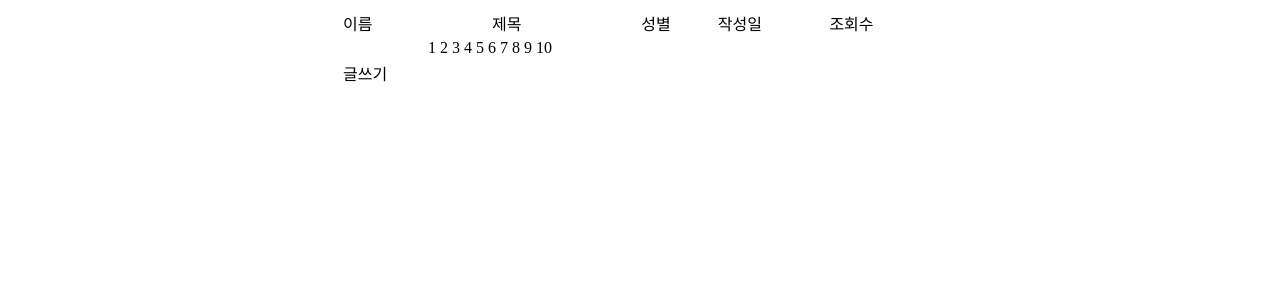
Repository: Billy-Jin/jsp
Page: http://localhost/dat/list.jsp?pager=2
The author's editor kept a copy of each file at every save. The page is drawn from the files as they stood at one save, then again after the next save.
The browser window is 1280 px wide. The pictures show the whole page.
The page is served by Tomcat 9. Queries for data that is not in the repository find no rows.

Above is the page before, as saved 2020-12-02 06:56:52.

### jsp/dat/WebContent/list.jsp
<%@ page language="java" contentType="text/html; charset=UTF-8"
    pageEncoding="UTF-8"%>
<%@ page import="java.sql.*"  %>
<%
	// DB 연결
	Class.forName("com.mysql.jdbc.Driver");
	String db="jdbc:mysql://localhost:3306/pkc";
	String userid="root";
	String pw="1234";
	Connection conn=DriverManager.getConnection(db,userid,pw); // db정보,아이디,비번

	// limit에 들어갈 index번호 생성
	int index; // limit에 전달할 index값
	int pager; // 현재 나타내고자 하는 페이지 값을 저장 //page는 변수명으로 사용 불가
	if(request.getParameter("pager")==null)
	{
		pager=1;
	}
	else
	{
		pager=Integer.parseInt(request.getParameter("pager"));
	}

	// index 만들기
	index=(pager-1)*10;

	// 쿼리생성
	String sql="select * from gesipan order by id desc limit "+index+",10";
	// 심부름꾼 생성
	Statement stmt= conn.createStatement();
	// 쿼리실행 => ResultSet
	ResultSet rs=stmt.executeQuery(sql);

%>

<!DOCTYPE html>
<html>
<head>
<meta charset="UTF-8">
<title>Insert title here</title>
<style>
a{
	text-decoration:none;
	color:black;
}
a:hover{
	text-decoration:underline;
}
</style>
</head>
<body>
	<!-- 레코드 내용 출력 -->
	<table width="600" align="center">
		<tr>
			<td> 이름 </td>
			<td> 제목 </td>
			<td> 성별 </td>
			<td> 작성일 </td>
			<td> 조회수 </td>
		</tr>
		<%
		while(rs.next())
		{
			// 숫자로 된 성별을 문자로 변환
			String sung=null;
			switch(rs.getInt("sung"))
			{
			case 0: sung="남자"; break;
			case 1: sung="여자"; break;
			case 2: sung="선택안함"; break;
			}
		%>
		<tr>
			<td> <%=rs.getString("name") %></td>
			<td> <a href="readnum.jsp?id=<%= rs.getString("id")%>"> <%=rs.getString("title") %> </a> </td>
			<td> <%=sung%></td>
			<td> <%=rs.getString("writeday") %></td>
			<td> <%=rs.getString("readnum") %></td>
		</tr>
		<%
		}
		%>
	     <tr> <!-- 사용자가 클릭하여 이동할수 있는 페이지 출력 -->
      	<td colspan="2" align="center">
	  	 <%
	  	 	int pstart;

	  	 	pstart=pager/10;
	  	 	if(pager%10 == 0)
	  	 		pstart=pstart-1;

	  	 	pstart=Integer.parseInt(pstart+"1");

	  	 	int pend=pstart+9;

	  	 	for(int i=pstart; i<=pend; i++)
	  	 	{
			%>
			<a href="list.jsp?pager=<%=i%>"> <%=i%> </a>
	       	<%
			}
	  	 	%>
	      </td>
	     </tr>
		<tr>
			<td colspan="2"> <a href="write.jsp"> 글쓰기</a> </td>
		</tr>
	</table>
</body>
</html>

After the next save:
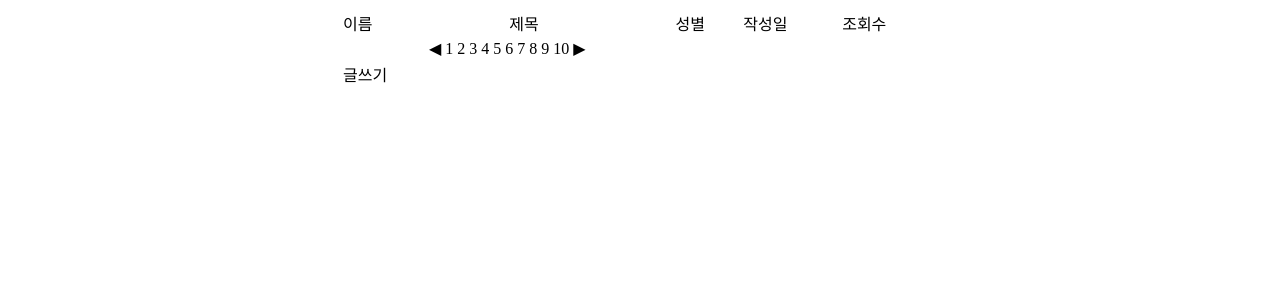
Saved 7 min 23 s later.
--- a/jsp/dat/WebContent/list.jsp
+++ b/jsp/dat/WebContent/list.jsp
@@ -92,7 +92,10 @@ a:hover{
 	  	 	pstart=Integer.parseInt(pstart+"1");
 
 	  	 	int pend=pstart+9;
-
+	  	 	%>
+	  	 	<!-- 이전페이지 -->
+	  	 	◀
+	  	 	<%
 	  	 	for(int i=pstart; i<=pend; i++)
 	  	 	{
 			%>
@@ -100,6 +103,8 @@ a:hover{
 	       	<%
 			}
 	  	 	%>
+	  	 	<!-- 다음페이지 -->
+	  	 	▶
 	      </td>
 	     </tr>
 		<tr>
